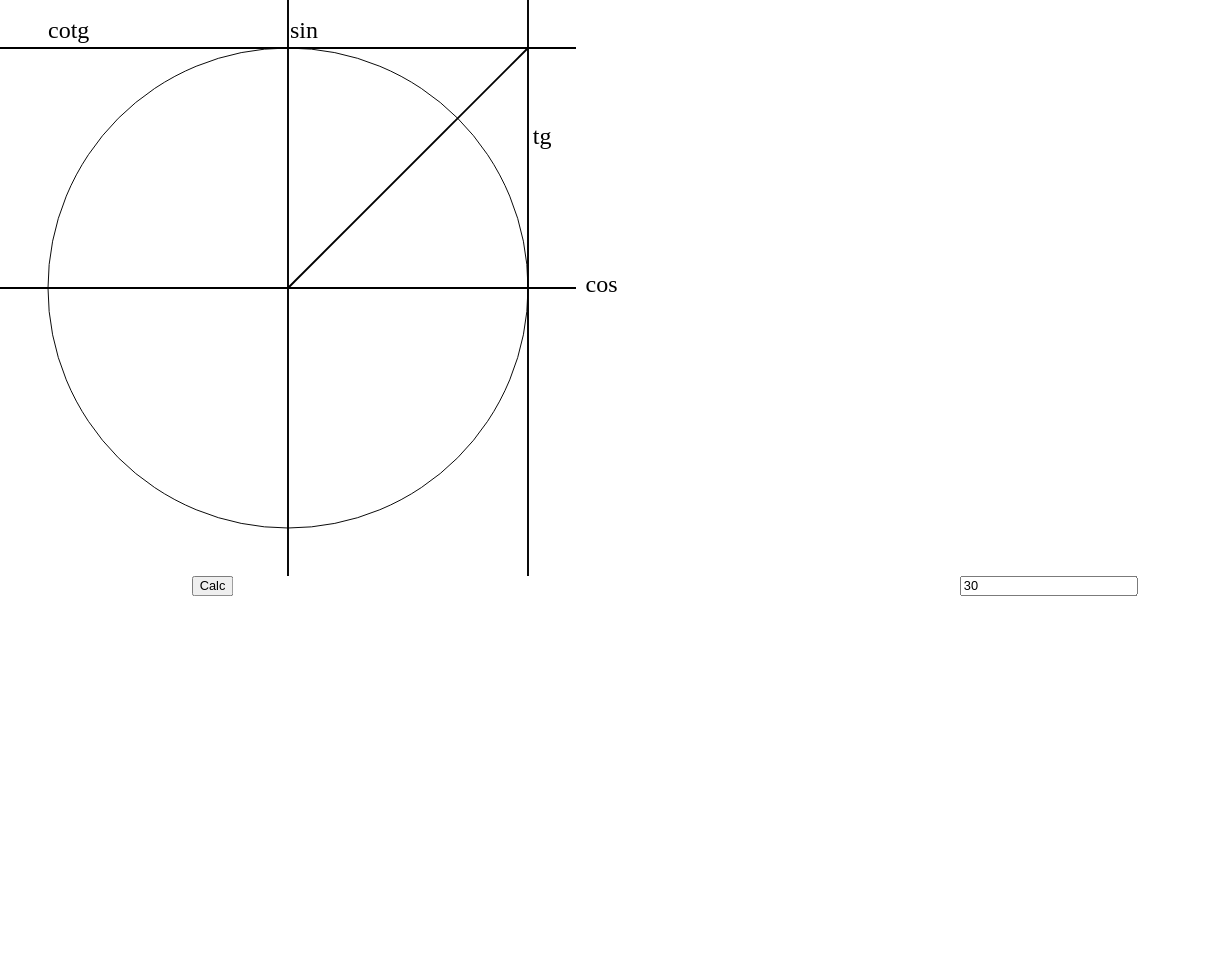
Repository: BraynStorm/braynstorm.github.io
Page: http://localhost/
The author's editor kept a copy of each file at every save. The page is drawn from the files as they stood at one save, then again after a run of saves.
The browser window is 1280 px wide. The pictures show the whole page, at 96% of full size.
The page is run by PHP 8.4 with error messages shown; the project is at /var/www/html/.

Above is the page before, as saved 2015-02-24 12:54:38.

After the next 2 saves:
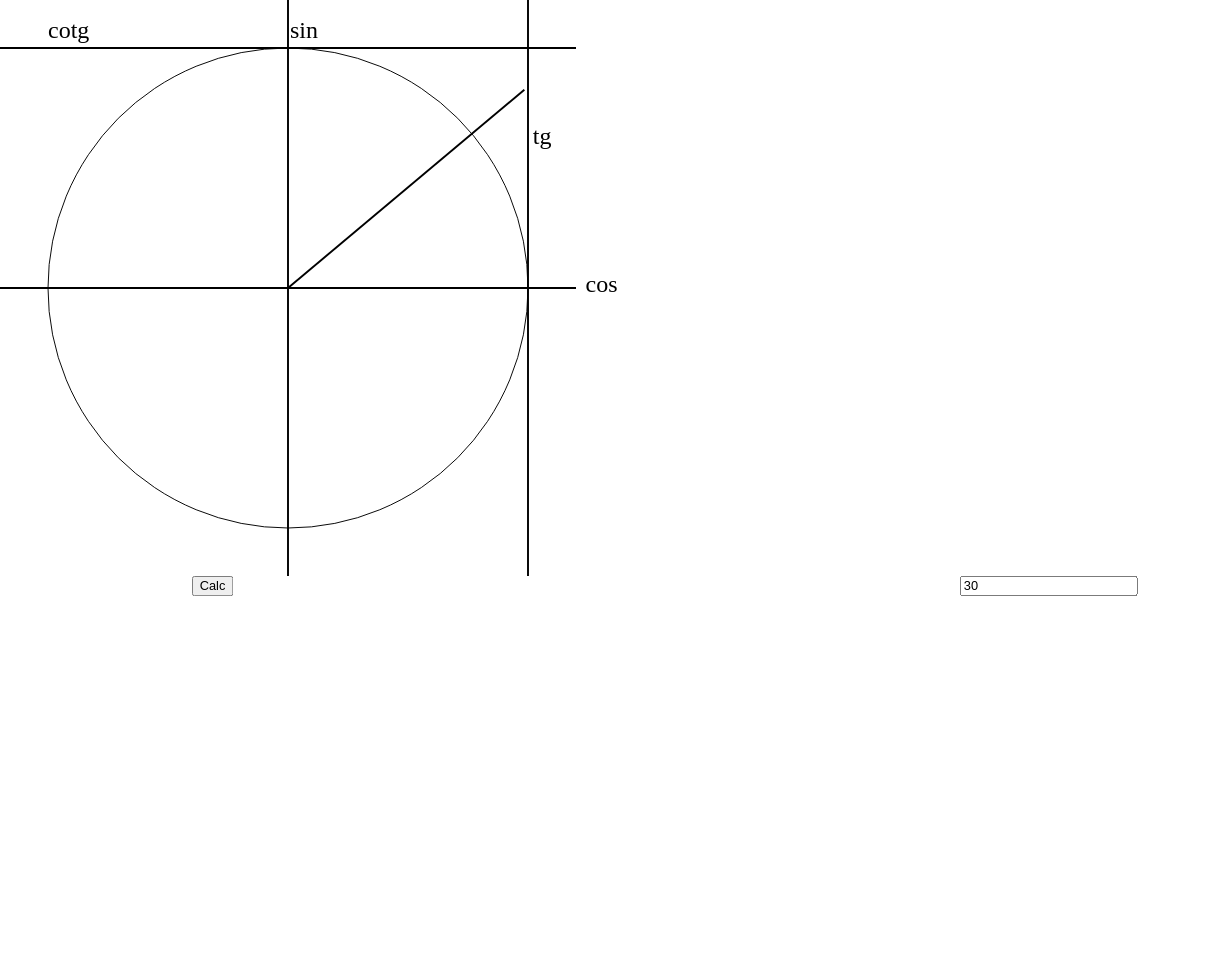
The 2 saves are shown as one change because they came seconds apart.
The last was saved 29 s later.
--- a/JSDrawing/js/swgDrawing.js
+++ b/JSDrawing/js/swgDrawing.js
@@ -3,7 +3,6 @@ $(document).ready(function (){
 
 	var toAngle = parseInt(box.val());
 	var angle = 0;
-	var radians = (Math.PI * 2) * (angle % 360) / 360 ;
 	var radius = 250;
 	var x = radius*2+50;
 	var y = radius+50;
@@ -18,7 +17,7 @@ $(document).ready(function (){
 		}else{
 
 		}
-
+		var radians = (Math.PI * 2) * (angle % 360) / 360 ;
 
 		x = 300 + (Math.cos(radians) * radius);
 		y = 50 + (Math.sin(radians) * radius);
